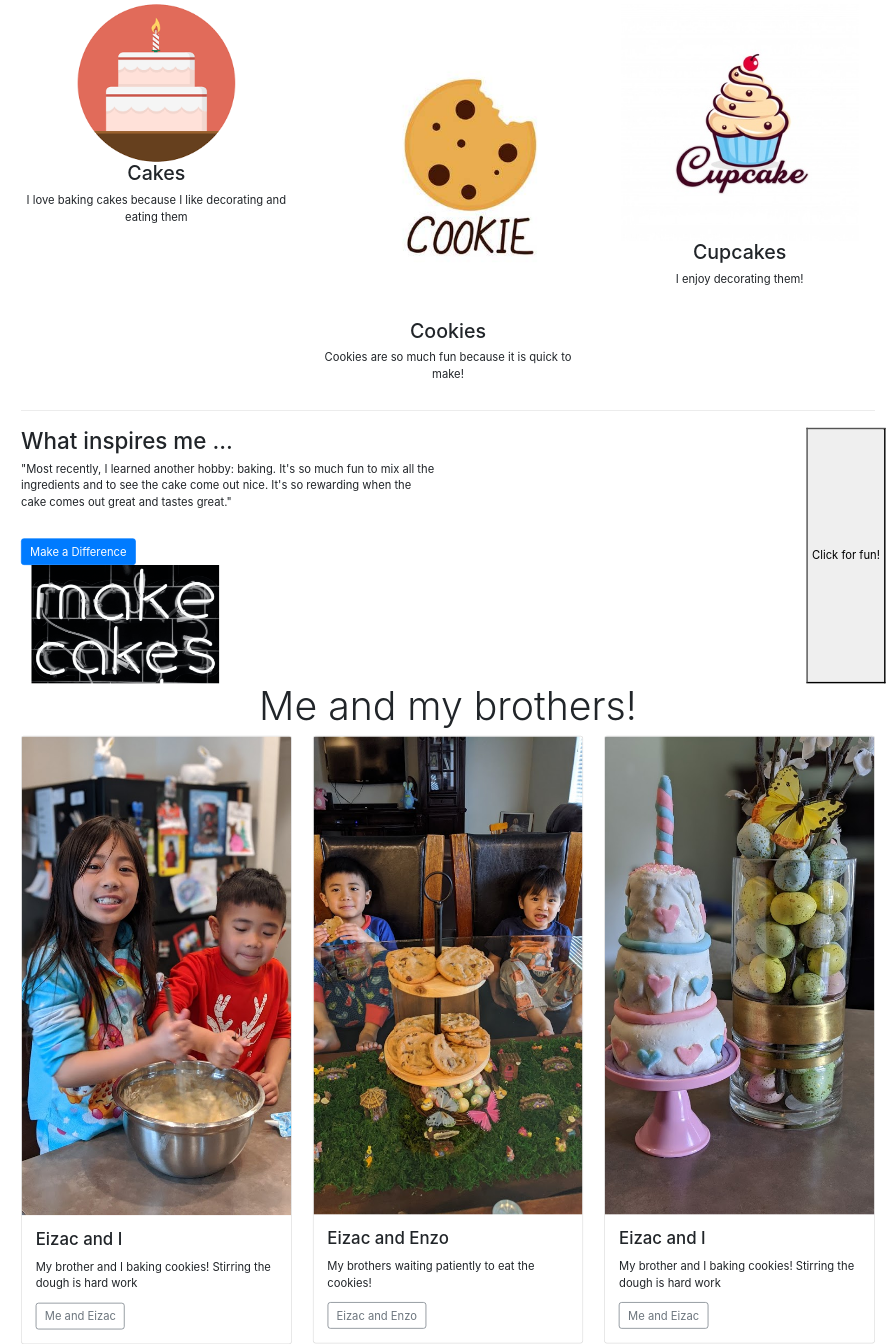
Repository: djzaragoza/Bea-Creation
Page: index.html
These files come from the project's save history. The page is drawn as it stood at one moment and after the next save; the edit follows.
The browser window is 1280 px wide. The pictures show the part of the page from y = 2583 to 4503 px (the page is 4503 px tall), at 70% of full size.
Some web libraries are served in a nearby version.

Above is the page before, as saved 2020-04-07 21:57:57.

After the next save:
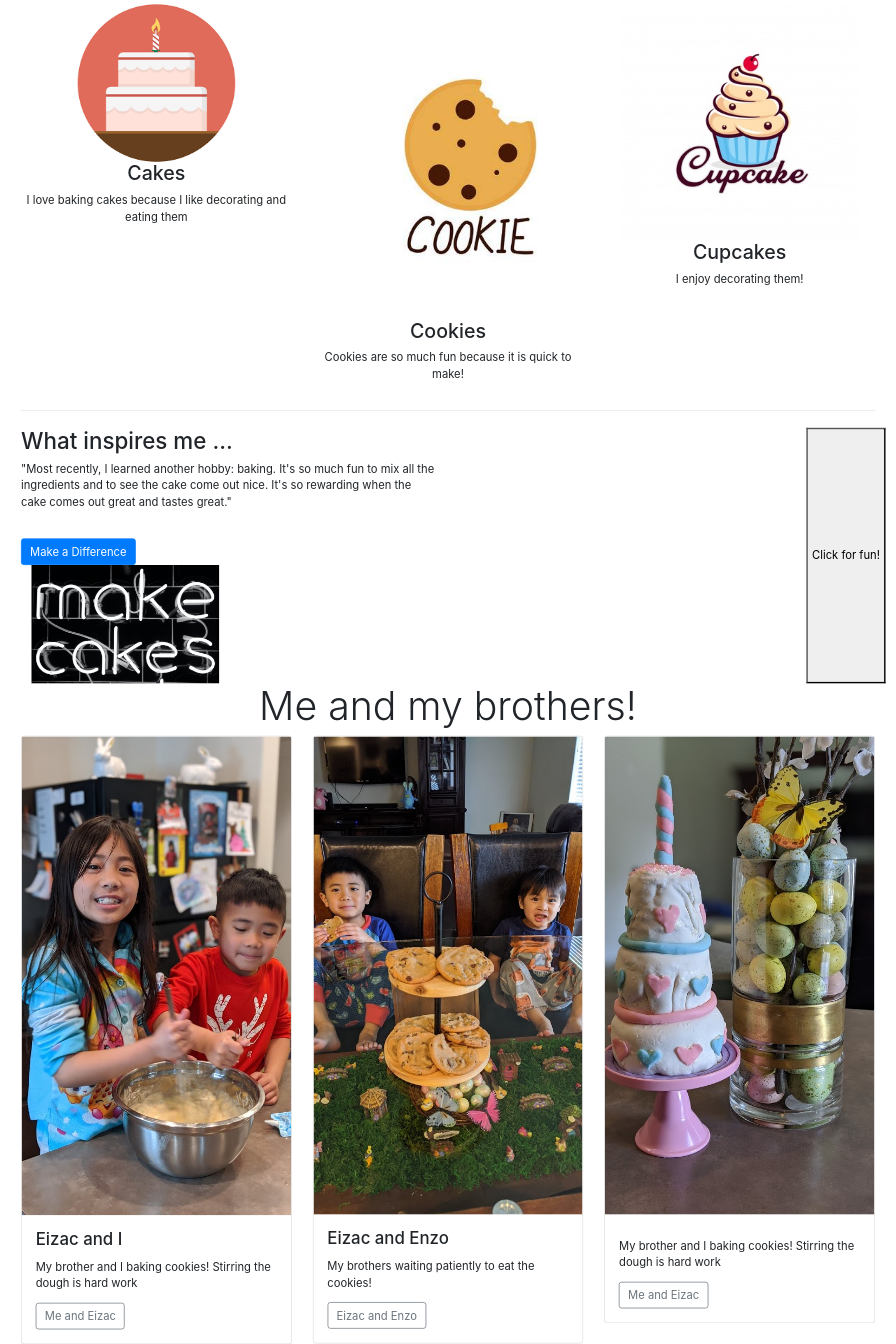
Saved 12 s later.
--- a/index.html
+++ b/index.html
@@ -207,7 +207,7 @@
         <div class="card">
             <img class="card-img-top" src="img/brothers_3.jpg">
             <div class="card-body">
-                <h4 class="card-title">Eizac and I</h4>
+                <h4 class="card-title"></h4>
                 <p class="card-text">My brother and I baking cookies!  Stirring the dough is hard work</p>
                 <a href="#" class="btn btn-outline-secondary">Me and Eizac</a>
             </div>
